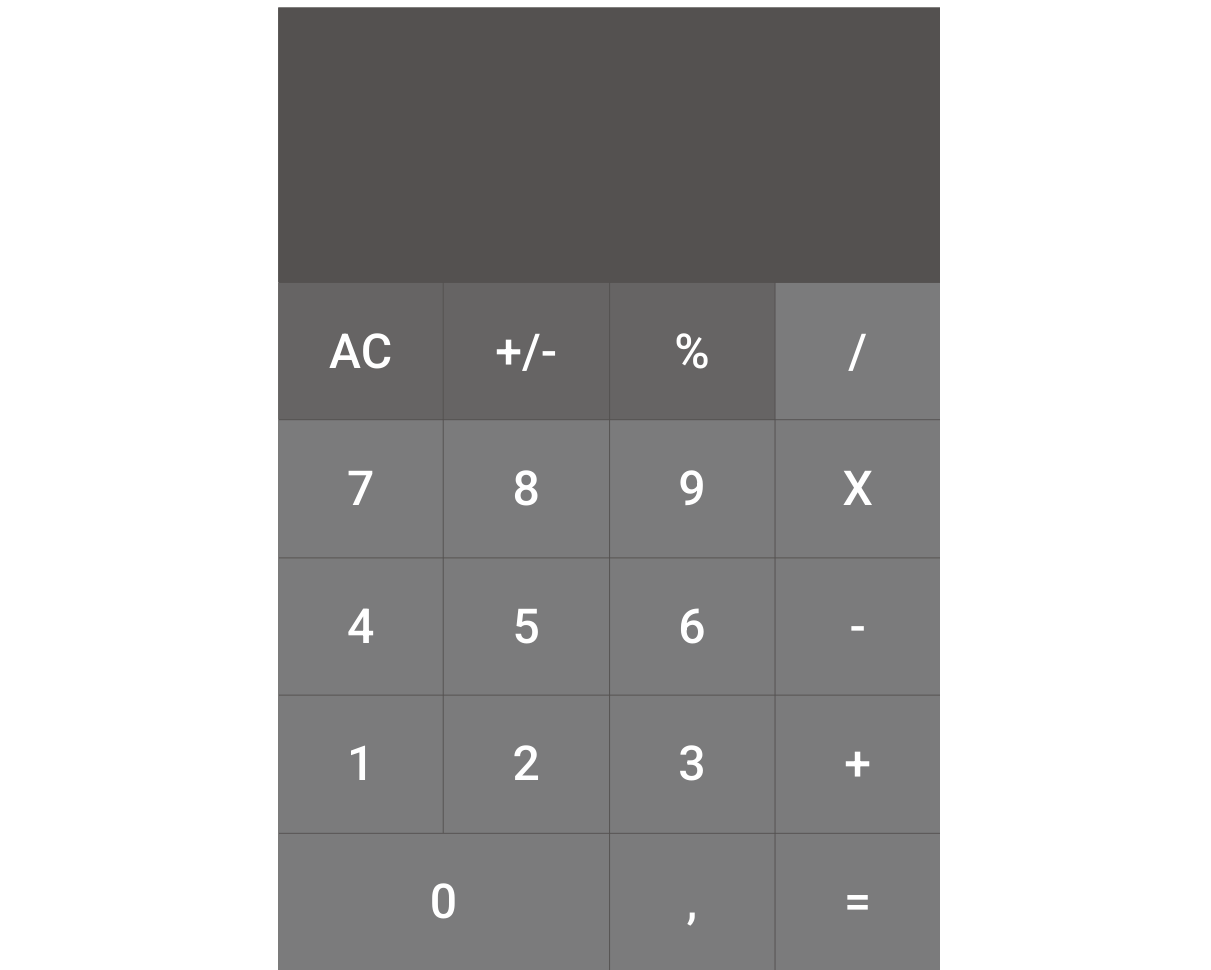
Repository: maciekto/calculatorOOP
Page: index.html
The author's editor kept a copy of each file at every save. The page is drawn from the files as they stood at one save, then again after the next save.
The browser window is 1280 px wide. The page is 1288 px wide, so the pictures cover 1288 px, including what lies to the right of the window. The pictures show the whole page, at 94% of full size.

Above is the page before, as saved 2022-06-19 19:00:34.

### index.html
<!DOCTYPE html>
<html lang="en">
<head>
    <meta charset="UTF-8">
    <meta http-equiv="X-UA-Compatible" content="IE=edge">
    <meta name="viewport" content="width=device-width, initial-scale=1.0">
    <title>Document</title>
    <link rel="stylesheet" href="css.css">


</head>
<body>
    <main>
        <div class="Calc">
            <div class="Calc__result"></div>

            <div class="Calc__reset">
                AC
            </div>
            <div class="Calc__opposite">
                +/-
            </div>
            <div class="Calc__percentages">
                %
            </div>
            <div class="Calc__divide">
                /
            </div>

            <div class="Calc__7">7</div>
            <div class="Calc__8">8</div>
            <div class="Calc__9">9</div>
            <div class="Calc__multiply">
                X
            </div>

            <div class="Calc__4">4</div>
            <div class="Calc__5">5</div>
            <div class="Calc__6">6</div>
            <div class="Calc__substraction">
                -
            </div>

            <div class="Calc__1">1</div>
            <div class="Calc__2">2</div>
            <div class="Calc__3">3</div>
            <div class="Calc__addition">
                +
            </div>

            <div class="Calc__0">0</div>
            <div class="Calc__comma">,</div>
            <div class="Calc__isequal">
                =
            </div>

        </div>
    </main>

    <script src="js.js"></script>
</body>
</html>

### css.css
@import url('https://fonts.googleapis.com/css2?family=Roboto:wght@400;500;700&display=swap');

* {
    font-family: 'Roboto', sans-serif;
    font-weight: 500;
    box-sizing: border-box;
}

main {
    width: 100vw;
    height: 100vh;
    display: grid;
    place-items: center;
}

.Calc {
    max-width: 60vw;
    width: 55vw;
    height: 80vw;
    background: #545150;
    color: white;
    display: grid;
    grid-template-columns: repeat(4, 1fr);
    grid-template-rows: repeat(7, 1fr);
    grid-template-areas:
    "result result result result"
    "result result result result"
    "reset opposite percentages divide"
    "seven eight nine multiply"
    "four five six substraction"
    "one two three addition"
    "zero zero comma isequal"
    ;
    grid-gap: 1px;
    font-size: 4vw;
}
.Calc div {
    display: grid;
    place-items: center;
    background: #7b7b7c;
}
.Calc__result {
    grid-area: result;
    background: #545150 !important;
}
.Calc__reset {
    background: #666464 !important;
}
.Calc__opposite {
    background: #666464 !important;
}
.Calc__percentages {
    background: #666464 !important;
}


.Calc__0 {
    grid-area: zero;
}

### js.js
console.log('siemano')

After the next save:
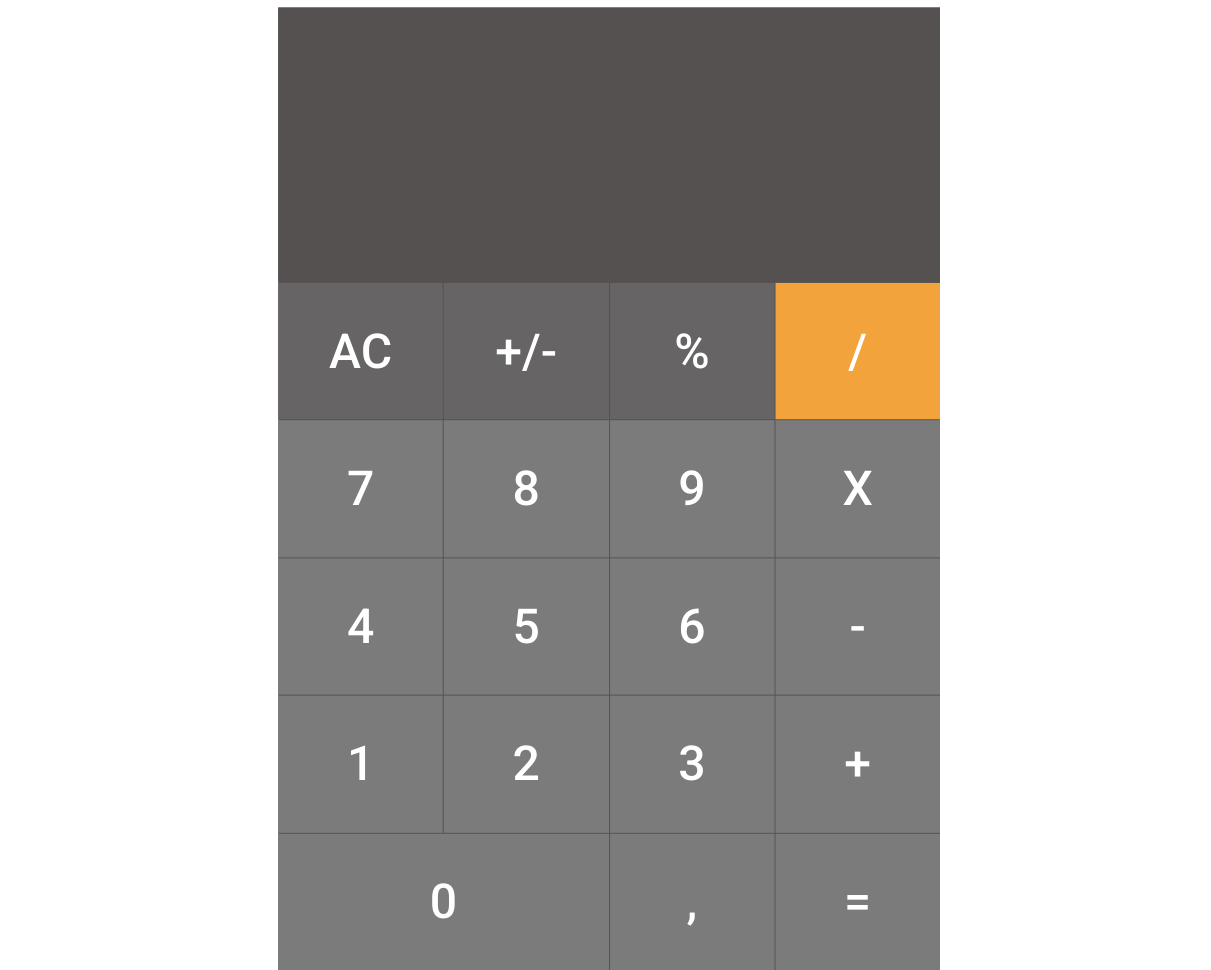
Saved 23 s later.
--- a/css.css
+++ b/css.css
@@ -52,6 +52,9 @@ main {
 .Calc__percentages {
     background: #666464 !important;
 }
+.Calc__divide {
+    background: #f2a33c !important;
+}
 
 
 .Calc__0 {
